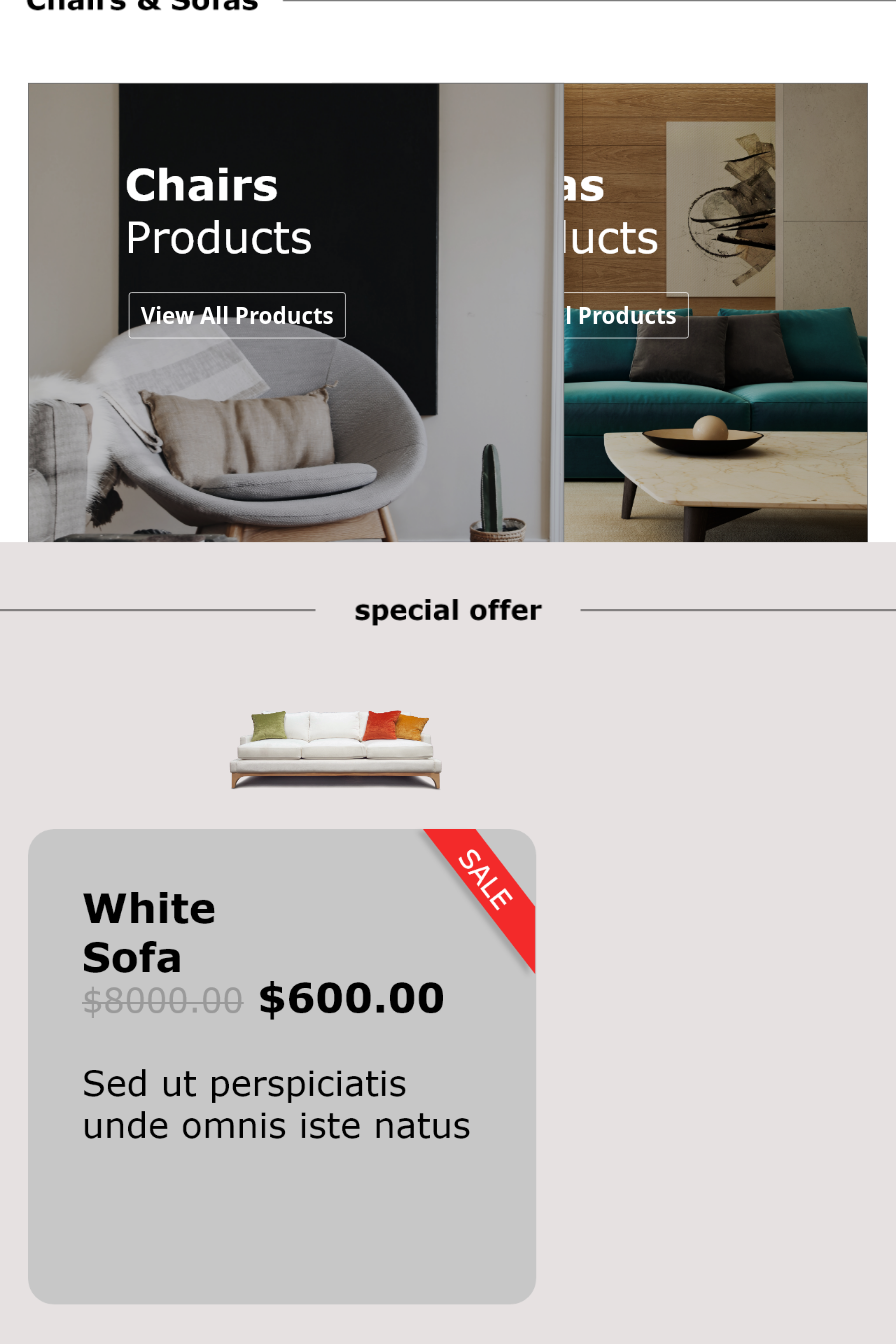
Repository: MEROO1010/creative_home
Page: /
The author's editor kept a copy of each file at every save. The page is drawn from the files as they stood at one save, then again after a run of saves.
The browser window is 1280 px wide. The pictures show the part of the page from y = 859 to 2779 px (the page is 2779 px tall), at 70% of full size.
The project was rebuilt for these pictures with package versions that can differ from the ones it lists, and the page was loaded fresh each time. The framework's server and built-in components were replaced by stand-ins that run in the browser. Also part of the build but not shown: next.config.js.

Above is the page before, as saved 2022-12-12 10:00:12.

### pages/_app.tsx
import '../styles/globals.css'
import type { AppProps } from 'next/app'

export default function App({ Component, pageProps }: AppProps) {
  return <Component {...pageProps} />


}

### pages/index.tsx
import styles from '../styles/Home.module.css'
import Firstsection from '../components/Firstsection'
import Chair_Sofa from '../components/Chair_Sofa'
import SpecialOffer from '../components/SpecialOffer'



export default function Home() {
  return (
    <div className='overflow-y-auto'>

    <div>
      <Firstsection/>

      <Chair_Sofa/>

      <div  >
      <SpecialOffer/>
      </div>



    </div>



    </div>

  )
}

### components/Firstsection.tsx
import React from 'react'
import Image from 'next/image'
import first_img from '../assets/images/first_img.png'


const firstsection = () => {
  return (
    <div>
      <Image src={first_img} alt={''}/>
    </div>
  )
}

export default firstsection

### components/Chair_Sofa.tsx
import React from 'react'
import Image from 'next/image'

import Title1 from '../assets/images/title1.png'
import righBtn from '../assets/images/btn-r.png'
import leftBtn from '../assets/images/btn-l.png'




const Chair_Sofa = () => {
  return (
    <div className='py-4 '>
     <div className='my-20 py-4'>
     <Image src={Title1} alt={''}/>
     </div>

     <div className=" absolute   	 right-10	     ">
      <Image src={righBtn} alt={''}/>
      <div className="absolute bottom-60   left-40 mx-10 my-28 bg-transparent hover:bg-gray-500 text-white  text-[32px] font-semibold hover:text-white py-2 px-4 border border-white hover:border-transparent rounded w-394 h-82   "><button>View All Products</button></div>
     </div>

     <div className=" absolute left-10  ">
      <Image src={leftBtn} alt={''}/>
      <div className="absolute bottom-60   left-20 mx-16 my-28 bg-transparent hover:bg-gray-500 text-white  text-[32px] font-semibold hover:text-white py-2 px-4 border border-white hover:border-transparent rounded w-394 h-82   "><button>View All Products</button></div>
     </div>

      <div>

      </div>

   </div>
  )
}

export default Chair_Sofa

### components/SpecialOffer.tsx
import React from 'react'
import Image from 'next/image'
import specialOffer from '../assets/images/specialOffer.png'
import sofa2 from '../assets/images/sofa2.png'
import image2 from '../assets/images/img2.png'




const SpecialOffer = () => {
  return (
    <div className='bottom-100'>
      <div className="relative bg-[#E6E1E1]  py-10    my-80  top-80    ">
        <div className=' py-4 my-4 top-20'>
          <Image src={specialOffer} alt=''/>

         </div>

         <div className='  relative mx-80 right-40 px-40'>
          <Image src={sofa2} alt=''/>

         </div>

         <div className='relative py-4 px-10  my-140 '>
          <Image src={image2} alt=''/>
         </div>
    </div>
    </div>
  )
}

export default SpecialOffer

### tailwind.config.js
/** @type {import('tailwindcss').Config} */
module.exports = {
  content: [
    "./pages/**/*.{js,ts,jsx,tsx}",
    "./components/**/*.{js,ts,jsx,tsx}",
  ],
  theme: {

    extend: {},
  },
  plugins: [],
}

Loaded but not shown: styles/globals.css (common file)

After the next 4 saves:
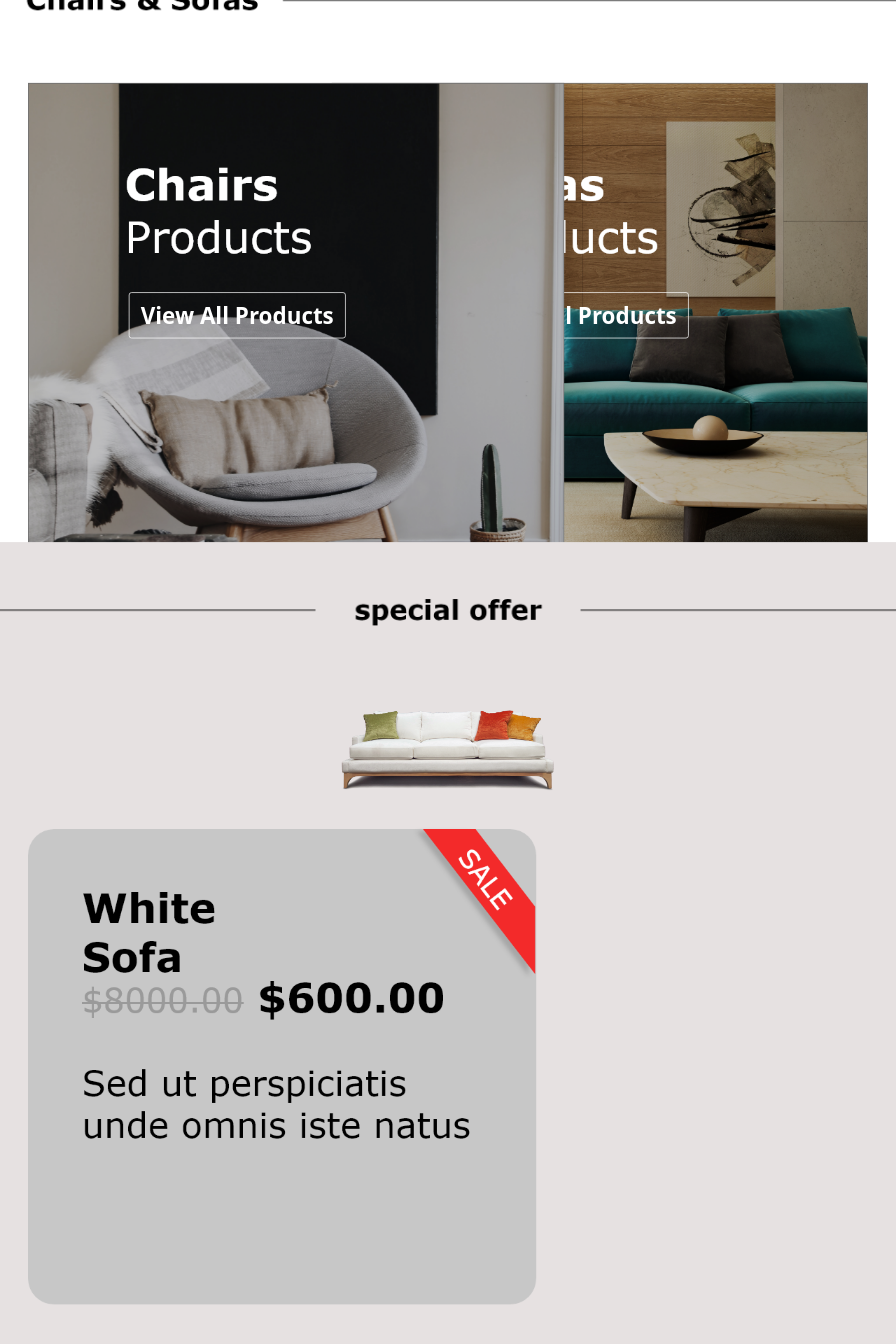
The 4 saves are shown as one change because they came seconds apart.
The last was saved 12 s later.
--- a/components/SpecialOffer.tsx
+++ b/components/SpecialOffer.tsx
@@ -16,7 +16,7 @@ const SpecialOffer = () => {
 
          </div>
 
-         <div className='  relative mx-80 right-40 px-40'>
+         <div className='  relative mx-80 right-100 px-40'>
           <Image src={sofa2} alt=''/>
 
          </div>
